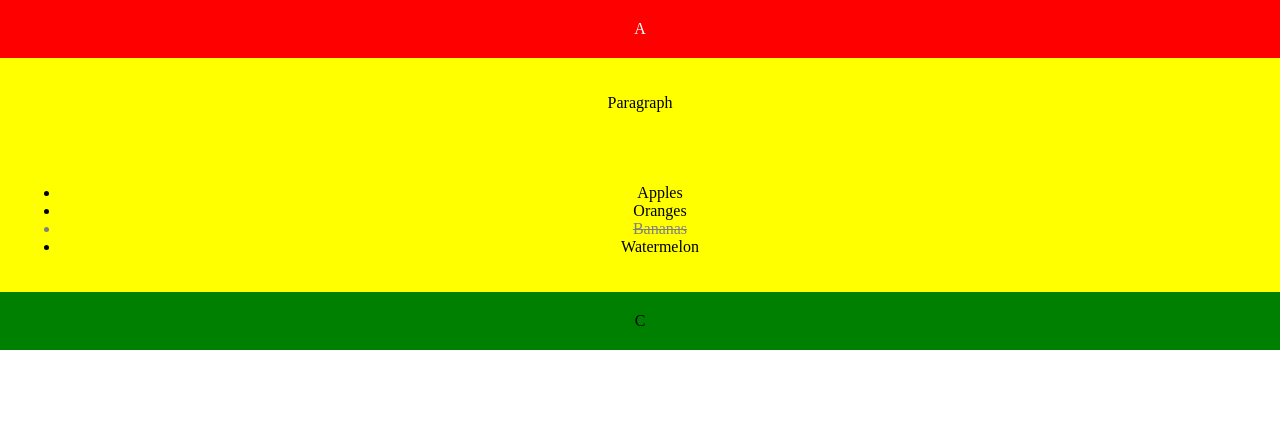
Repository: zdsherlock/Test-for-js
Page: index.html
An editor plug-in stored every save of this project. The page is shown before and after the next save, followed by the edit.
The browser window is 1280 px wide. The pictures show the whole page.

Above is the page before, as saved 2021-03-28 15:33:50.

After the next save:
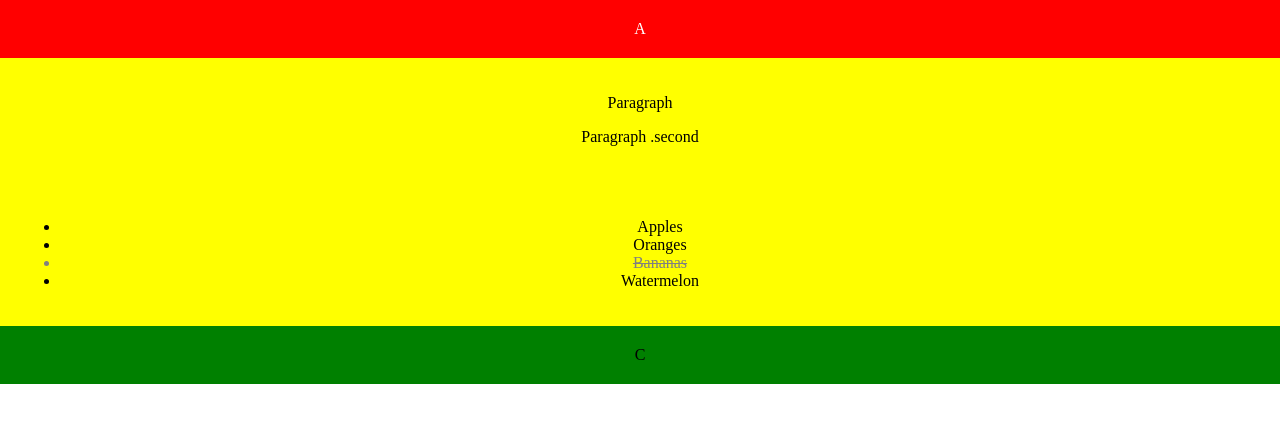
Saved 9 s later.
--- a/index.html
+++ b/index.html
@@ -10,6 +10,7 @@
         <header>A</header>
         <section class="paragraph">
             <p>Paragraph</p>
+            <p>Paragraph .second</p>
         </section>
         <section class="list">
             <ul>
